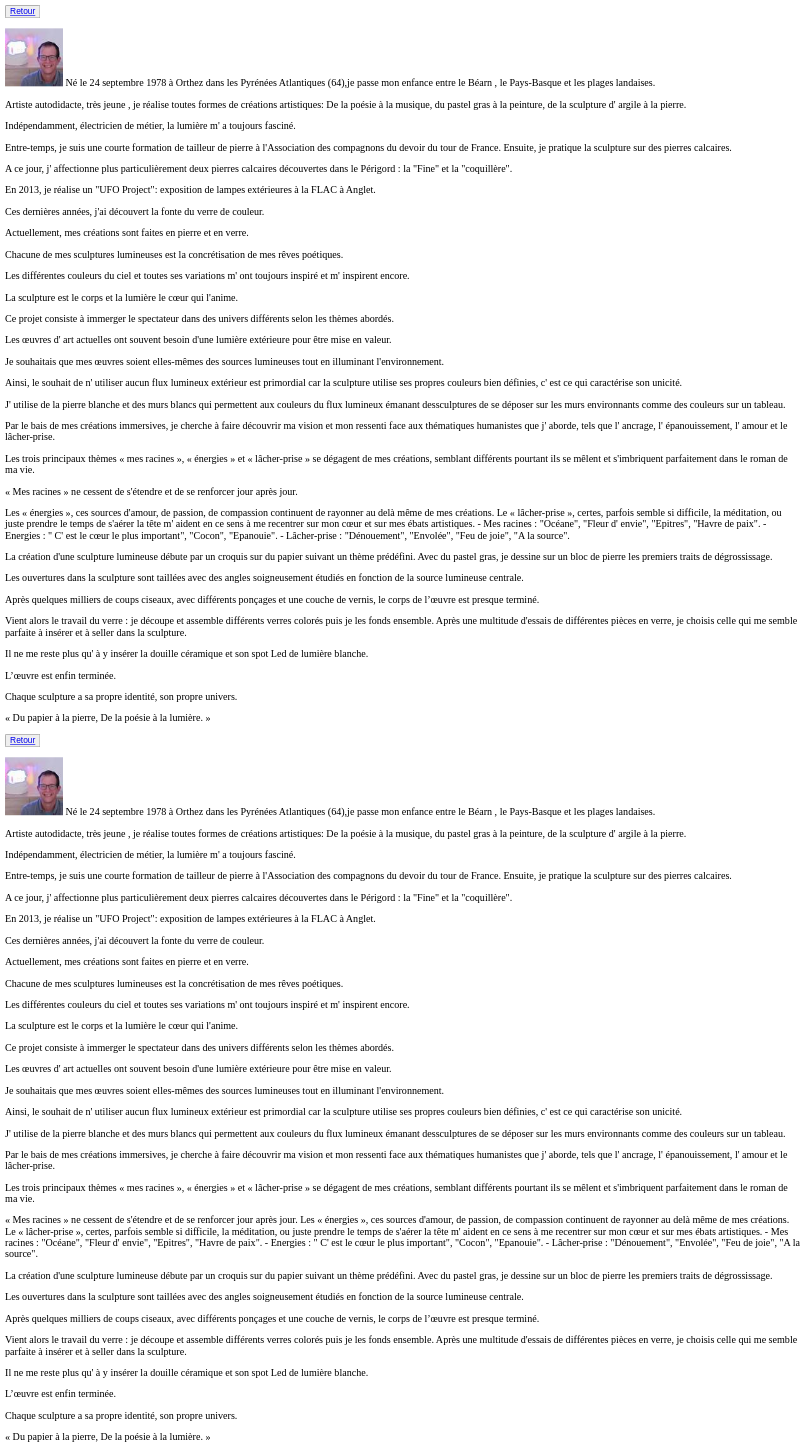
Repository: lysianebo/EricBidart
Page: presentation_more.html
These files come from the project's save history. The page is drawn as it stood at one moment and after the next save; the edit follows.
The browser window is 1280 px wide. The pictures show the whole page, at 63% of full size.

Above is the page before, as saved 2023-10-29 07:46:22.

### presentation_more.html
<!DOCTYPE html>
<html lang="en">
<head>
    <meta charset="UTF-8">
    <meta name="viewport" content="width=device-width, initial-scale=1.0">
    <title>Document</title>
    <link rel="stylesheet" href="public/css/style.css">
</head>
<body>
    <button class="back-button"><a href="presentation.html">Retour</a></button>
    <div class="hidden" id="presentation-content">
        <p class="text"><img src="public/images/happy_moi.jpeg" alt=""> Né le 24 septembre 1978 à Orthez dans les Pyrénées Atlantiques (64),je passe mon enfance entre le Béarn , le Pays-Basque et les plages landaises.</p>
        <p> Artiste autodidacte, très jeune , je réalise toutes formes de créations artistiques: De la poésie à la musique, du pastel gras à la peinture, de la sculpture d' argile à la pierre.</p>
        <p> Indépendamment, électricien de métier, la lumière m' a toujours fasciné.</p>
        <p> Entre-temps, je suis une courte formation de tailleur de pierre à l'Association des compagnons du devoir du
            tour de France. Ensuite, je pratique la sculpture sur des pierres calcaires.</p>
        <p> A ce jour, j' affectionne plus particulièrement deux pierres calcaires découvertes dans le Périgord : la
            "Fine" et la "coquillère".</p>
        <p> En 2013, je réalise un "UFO Project": exposition de lampes extérieures à la FLAC à Anglet.</p>
        <p> Ces dernières années, j'ai découvert la fonte du verre de couleur.</p>
        <p> Actuellement, mes créations sont faites en pierre et en verre.</p>
        <p>Chacune de mes sculptures lumineuses est la concrétisation de mes rêves poétiques.</p>
    </div>
    <div class="hidden" id="demarche-content">
        <p>Les différentes couleurs du ciel et toutes ses variations m' ont toujours inspiré et m' inspirent encore.
            <p>La sculpture est le corps et la lumière le cœur qui l'anime.</p>
            Ce projet consiste à immerger le spectateur dans des univers différents selon les thèmes abordés.
            <p>Les œuvres d' art actuelles ont souvent besoin d'une lumière extérieure pour être mise en valeur.</p>
            <p>Je souhaitais que mes œuvres soient elles-mêmes des sources lumineuses tout en illuminant l'environnement.</p>
            <p>Ainsi, le souhait de n' utiliser aucun flux lumineux extérieur est primordial car la sculpture utilise ses propres couleurs bien définies, c' est ce qui caractérise son unicité.</p>
            <p>J' utilise de la pierre blanche et des murs blancs qui permettent aux couleurs du flux lumineux émanant dessculptures de se déposer sur les murs environnants comme des couleurs sur un tableau.</p>
            <p>Par le bais de mes créations immersives, je cherche à faire découvrir ma vision et mon ressenti face aux thématiques humanistes que j' aborde, tels que l' ancrage, l' épanouissement, l' amour et le lâcher-prise.</p>



            <p>
                Les trois principaux thèmes « mes racines », « énergies » et « lâcher-prise » se dégagent de mes créations,
                semblant différents pourtant ils se mêlent et s'imbriquent parfaitement dans le roman de ma vie.
            </p>

            <p>« Mes racines » ne cessent de s'étendre et de se renforcer jour après jour.</p>

            Les « énergies », ces sources d'amour, de passion, de compassion continuent de rayonner au delà même de mes
            créations.

            Le « lâcher-prise », certes, parfois semble si difficile, la méditation, ou juste prendre le temps de s'aérer la
            tête m' aident en ce sens à me recentrer sur mon cœur et sur mes ébats artistiques.

            - Mes racines : "Océane", "Fleur d' envie", "Epitres", "Havre de paix".

            - Energies : " C' est le cœur le plus important", "Cocon", "Epanouie".

            - Lâcher-prise : "Dénouement", "Envolée", "Feu de joie", "A la source".

        </p>
    </div>
    <div class="hidden"
        id="technique-content">
        <p>La création d'une sculpture lumineuse débute par un croquis sur du papier suivant un thème prédéfini. Avec du
            pastel gras, je dessine sur un bloc de pierre les premiers traits de dégrossissage. </p>
        <p>Les ouvertures dans la sculpture sont taillées avec des angles soigneusement étudiés en fonction de la source
            lumineuse centrale.</p>
        <p>Après quelques milliers de coups ciseaux, avec différents ponçages et une couche de vernis,
            le corps de l’œuvre est presque terminé.</p>
        <p> Vient alors le travail du verre : je découpe et assemble différents verres colorés puis je les fonds ensemble.
            Après une multitude d'essais de différentes pièces en verre, je choisis celle qui me semble parfaite à insérer
            et à seller dans la sculpture.</p>
        <p>Il ne me reste plus qu' à y insérer la douille céramique et son spot Led de lumière blanche.</p>
        </p>
        <p> L’œuvre est enfin terminée.</p>


        <p> Chaque sculpture a sa propre identité, son propre univers.</p>

        <p> « Du papier à la pierre, De la poésie à la lumière. »</p>
    </div>

    </div>
</body>
</html>
<!DOCTYPE html>
<html lang="en">
<head>
    <meta charset="UTF-8">
    <meta name="viewport" content="width=device-width, initial-scale=1.0">
    <title>Document</title>
    <link rel="stylesheet" href="public/css/style.css">
</head>
<body>
    <button class="back-button"><a href="presentation.html">Retour</a></button>
    <div class="hidden" id="presentation-content">
        <p class="text"><img src="public/images/happy_moi.jpeg" alt=""> Né le 24 septembre 1978 à Orthez dans les Pyrénées Atlantiques (64),je passe mon enfance entre le Béarn , le Pays-Basque et les plages landaises.</p>
        <p> Artiste autodidacte, très jeune , je réalise toutes formes de créations artistiques: De la poésie à la musique, du pastel gras à la peinture, de la sculpture d' argile à la pierre.</p>
        <p> Indépendamment, électricien de métier, la lumière m' a toujours fasciné.</p>
        <p> Entre-temps, je suis une courte formation de tailleur de pierre à l'Association des compagnons du devoir du
            tour de France. Ensuite, je pratique la sculpture sur des pierres calcaires.</p>
        <p> A ce jour, j' affectionne plus particulièrement deux pierres calcaires découvertes dans le Périgord : la
            "Fine" et la "coquillère".</p>
        <p> En 2013, je réalise un "UFO Project": exposition de lampes extérieures à la FLAC à Anglet.</p>
        <p> Ces dernières années, j'ai découvert la fonte du verre de couleur.</p>
        <p> Actuellement, mes créations sont faites en pierre et en verre.</p>
        <p>Chacune de mes sculptures lumineuses est la concrétisation de mes rêves poétiques.</p>
    </div>
    <div class="hidden" id="demarche-content">
        <p>Les différentes couleurs du ciel et toutes ses variations m' ont toujours inspiré et m' inspirent encore.
            <p>La sculpture est le corps et la lumière le cœur qui l'anime.</p>
            Ce projet consiste à immerger le spectateur dans des univers différents selon les thèmes abordés.
            <p>Les œuvres d' art actuelles ont souvent besoin d'une lumière extérieure pour être mise en valeur.</p>
            <p>Je souhaitais que mes œuvres soient elles-mêmes des sources lumineuses tout en illuminant l'environnement.</p>
            <p>Ainsi, le souhait de n' utiliser aucun flux lumineux extérieur est primordial car la sculpture utilise ses propres couleurs bien définies, c' est ce qui caractérise son unicité.</p>
            <p>J' utilise de la pierre blanche et des murs blancs qui permettent aux couleurs du flux lumineux émanant dessculptures de se déposer sur les murs environnants comme des couleurs sur un tableau.</p>
            <p>Par le bais de mes créations immersives, je cherche à faire découvrir ma vision et mon ressenti face aux thématiques humanistes que j' aborde, tels que l' ancrage, l' épanouissement, l' amour et le lâcher-prise.</p>



            <p>
                Les trois principaux thèmes « mes racines », « énergies » et « lâcher-prise » se dégagent de mes créations,
                semblant différents pourtant ils se mêlent et s'imbriquent parfaitement dans le roman de ma vie.
            </p>

            « Mes racines » ne cessent de s'étendre et de se renforcer jour après jour.

            Les « énergies », ces sources d'amour, de passion, de compassion continuent de rayonner au delà même de mes
            créations.

            Le « lâcher-prise », certes, parfois semble si difficile, la méditation, ou juste prendre le temps de s'aérer la
            tête m' aident en ce sens à me recentrer sur mon cœur et sur mes ébats artistiques.

            - Mes racines : "Océane", "Fleur d' envie", "Epitres", "Havre de paix".

            - Energies : " C' est le cœur le plus important", "Cocon", "Epanouie".

            - Lâcher-prise : "Dénouement", "Envolée", "Feu de joie", "A la source".

        </p>
    </div>
    <div class="hidden"
        id="technique-content">
        <p>La création d'une sculpture lumineuse débute par un croquis sur du papier suivant un thème prédéfini. Avec du
            pastel gras, je dessine sur un bloc de pierre les premiers traits de dégrossissage. </p>
        <p>Les ouvertures dans la sculpture sont taillées avec des angles soigneusement étudiés en fonction de la source
            lumineuse centrale.</p>
        <p>Après quelques milliers de coups ciseaux, avec différents ponçages et une couche de vernis,
            le corps de l’œuvre est presque terminé.</p>
        <p> Vient alors le travail du verre : je découpe et assemble différents verres colorés puis je les fonds ensemble.
            Après une multitude d'essais de différentes pièces en verre, je choisis celle qui me semble parfaite à insérer
            et à seller dans la sculpture.</p>
        <p>Il ne me reste plus qu' à y insérer la douille céramique et son spot Led de lumière blanche.</p>
        </p>
        <p> L’œuvre est enfin terminée.</p>


        <p> Chaque sculpture a sa propre identité, son propre univers.</p>

        <p> « Du papier à la pierre, De la poésie à la lumière. »</p>
    </div>

    </div>
</body>
</html>

### public/css/style.css
/* @import url("https://fonts.googleapis.com/css2?family=Belanosima:wght@400;700&family=Noto+Sans&family=Outfit&family=Rubik:wght@400;500;700&display=swap"); */
/*# sourceMappingURL=style.css.map */

After the next save:
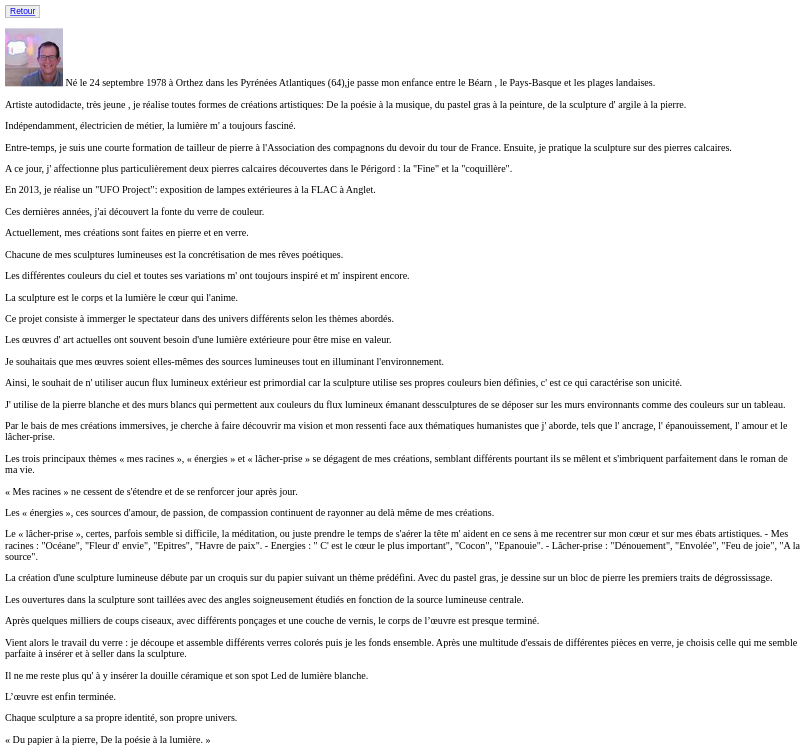
Saved 7 s later.
--- a/presentation_more.html
+++ b/presentation_more.html
@@ -40,8 +40,10 @@
 
             <p>« Mes racines » ne cessent de s'étendre et de se renforcer jour après jour.</p>
 
-            Les « énergies », ces sources d'amour, de passion, de compassion continuent de rayonner au delà même de mes
-            créations.
+            <p>
+                Les « énergies », ces sources d'amour, de passion, de compassion continuent de rayonner au delà même de mes
+                créations.
+            </p>
 
             Le « lâcher-prise », certes, parfois semble si difficile, la méditation, ou juste prendre le temps de s'aérer la
             tête m' aident en ce sens à me recentrer sur mon cœur et sur mes ébats artistiques.
@@ -78,83 +80,3 @@
     </div>
 </body>
 </html>
-<!DOCTYPE html>
-<html lang="en">
-<head>
-    <meta charset="UTF-8">
-    <meta name="viewport" content="width=device-width, initial-scale=1.0">
-    <title>Document</title>
-    <link rel="stylesheet" href="public/css/style.css">
-</head>
-<body>
-    <button class="back-button"><a href="presentation.html">Retour</a></button>
-    <div class="hidden" id="presentation-content">
-        <p class="text"><img src="public/images/happy_moi.jpeg" alt=""> Né le 24 septembre 1978 à Orthez dans les Pyrénées Atlantiques (64),je passe mon enfance entre le Béarn , le Pays-Basque et les plages landaises.</p>
-        <p> Artiste autodidacte, très jeune , je réalise toutes formes de créations artistiques: De la poésie à la musique, du pastel gras à la peinture, de la sculpture d' argile à la pierre.</p>
-        <p> Indépendamment, électricien de métier, la lumière m' a toujours fasciné.</p>
-        <p> Entre-temps, je suis une courte formation de tailleur de pierre à l'Association des compagnons du devoir du
-            tour de France. Ensuite, je pratique la sculpture sur des pierres calcaires.</p>
-        <p> A ce jour, j' affectionne plus particulièrement deux pierres calcaires découvertes dans le Périgord : la
-            "Fine" et la "coquillère".</p>
-        <p> En 2013, je réalise un "UFO Project": exposition de lampes extérieures à la FLAC à Anglet.</p>
-        <p> Ces dernières années, j'ai découvert la fonte du verre de couleur.</p>
-        <p> Actuellement, mes créations sont faites en pierre et en verre.</p>
-        <p>Chacune de mes sculptures lumineuses est la concrétisation de mes rêves poétiques.</p>
-    </div>
-    <div class="hidden" id="demarche-content">
-        <p>Les différentes couleurs du ciel et toutes ses variations m' ont toujours inspiré et m' inspirent encore.
-            <p>La sculpture est le corps et la lumière le cœur qui l'anime.</p>
-            Ce projet consiste à immerger le spectateur dans des univers différents selon les thèmes abordés.
-            <p>Les œuvres d' art actuelles ont souvent besoin d'une lumière extérieure pour être mise en valeur.</p>
-            <p>Je souhaitais que mes œuvres soient elles-mêmes des sources lumineuses tout en illuminant l'environnement.</p>
-            <p>Ainsi, le souhait de n' utiliser aucun flux lumineux extérieur est primordial car la sculpture utilise ses propres couleurs bien définies, c' est ce qui caractérise son unicité.</p>
-            <p>J' utilise de la pierre blanche et des murs blancs qui permettent aux couleurs du flux lumineux émanant dessculptures de se déposer sur les murs environnants comme des couleurs sur un tableau.</p>
-            <p>Par le bais de mes créations immersives, je cherche à faire découvrir ma vision et mon ressenti face aux thématiques humanistes que j' aborde, tels que l' ancrage, l' épanouissement, l' amour et le lâcher-prise.</p>
-
-
-
-            <p>
-                Les trois principaux thèmes « mes racines », « énergies » et « lâcher-prise » se dégagent de mes créations,
-                semblant différents pourtant ils se mêlent et s'imbriquent parfaitement dans le roman de ma vie.
-            </p>
-
-            « Mes racines » ne cessent de s'étendre et de se renforcer jour après jour.
-
-            Les « énergies », ces sources d'amour, de passion, de compassion continuent de rayonner au delà même de mes
-            créations.
-
-            Le « lâcher-prise », certes, parfois semble si difficile, la méditation, ou juste prendre le temps de s'aérer la
-            tête m' aident en ce sens à me recentrer sur mon cœur et sur mes ébats artistiques.
-
-            - Mes racines : "Océane", "Fleur d' envie", "Epitres", "Havre de paix".
-
-            - Energies : " C' est le cœur le plus important", "Cocon", "Epanouie".
-
-            - Lâcher-prise : "Dénouement", "Envolée", "Feu de joie", "A la source".
-
-        </p>
-    </div>
-    <div class="hidden"
-        id="technique-content">
-        <p>La création d'une sculpture lumineuse débute par un croquis sur du papier suivant un thème prédéfini. Avec du
-            pastel gras, je dessine sur un bloc de pierre les premiers traits de dégrossissage. </p>
-        <p>Les ouvertures dans la sculpture sont taillées avec des angles soigneusement étudiés en fonction de la source
-            lumineuse centrale.</p>
-        <p>Après quelques milliers de coups ciseaux, avec différents ponçages et une couche de vernis,
-            le corps de l’œuvre est presque terminé.</p>
-        <p> Vient alors le travail du verre : je découpe et assemble différents verres colorés puis je les fonds ensemble.
-            Après une multitude d'essais de différentes pièces en verre, je choisis celle qui me semble parfaite à insérer
-            et à seller dans la sculpture.</p>
-        <p>Il ne me reste plus qu' à y insérer la douille céramique et son spot Led de lumière blanche.</p>
-        </p>
-        <p> L’œuvre est enfin terminée.</p>
-
-
-        <p> Chaque sculpture a sa propre identité, son propre univers.</p>
-
-        <p> « Du papier à la pierre, De la poésie à la lumière. »</p>
-    </div>
-
-    </div>
-</body>
-</html>
